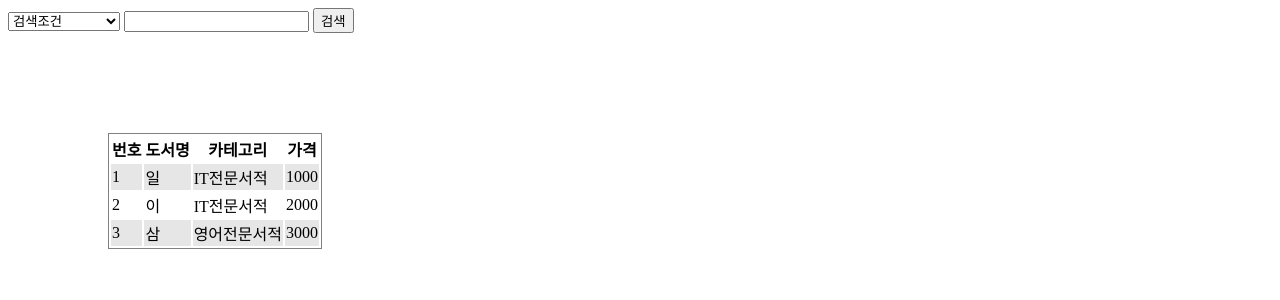
Repository: phoresis92/KITRI_JSP
Page: http://localhost/eljstl2/product.do
These files come from the project's save history. The page is drawn as it stood at one moment and after the next save; the edit follows.
The browser window is 1280 px wide. The pictures show the whole page.
The page is served by Tomcat 9.

Above is the page before, as saved 2018-12-20 07:33:09.

After the next save:
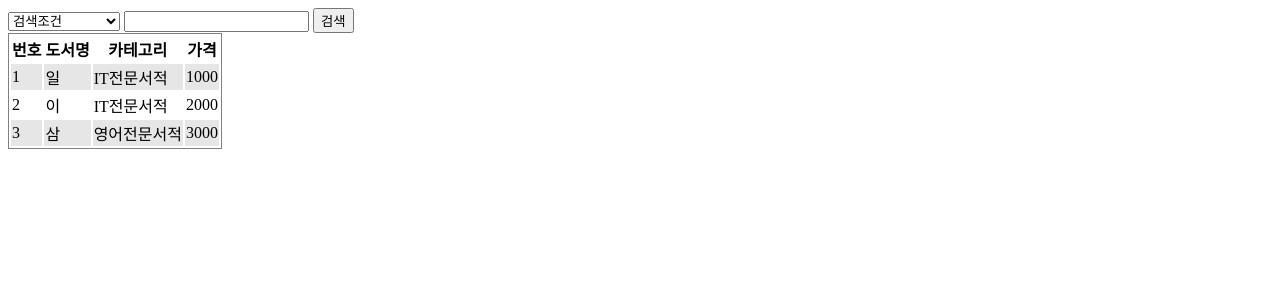
Saved 28 s later.
--- a/JSP_workspace/eljstl2/WebContent/productlistresult.jsp
+++ b/JSP_workspace/eljstl2/WebContent/productlistresult.jsp
@@ -60,7 +60,7 @@
 		<button>검색</button>
 	</div>
 	<c:set var="list" value="${ requestScope.PROD }" />
-	<table style="border: 1px solid gray; margin: 100px;">
+	<table style="border: 1px solid gray;">
 		<tr>
 			<th>번호</th>
 			<th>도서명</th>
